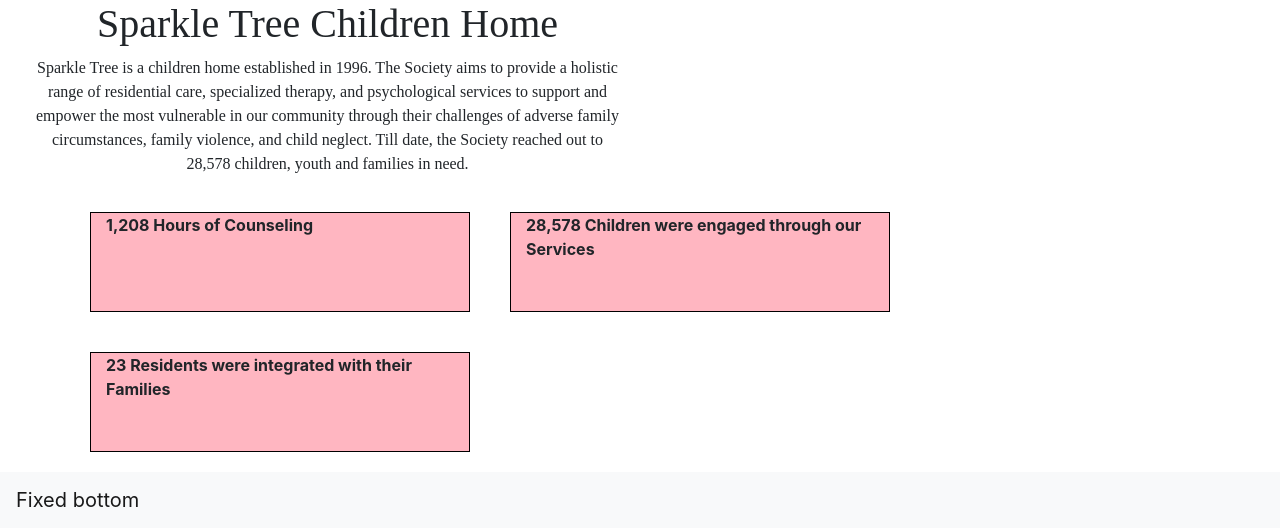
Repository: Code-Institute-Submissions/Jasonngyt-Project1
Page: index.html
The author's editor kept a record of every edit. The page is drawn from the files as they stood at one moment, then again after the next edit.
The browser window is 1280 px wide. The pictures show the part of the page from y = 632 to 1160 px (the page is 1160 px tall before and 1020 px after).
Some web fonts or font styles are not loaded; a fallback is used. Some web libraries are served in a nearby version.

Above is the page before.

### index.html
<!DOCTYPE html>
<html lang="en">
<head>
    <meta charset="UTF-8">
    <meta name="viewport" content="width=device-width, initial-scale=1.0">
    <meta http-equiv="X-UA-Compatible" content="ie=edge">
    <title>Sparkle Tree Children Home</title>

    <!-- Bootsrap CSS -->
    <link rel="stylesheet" href="https://stackpath.bootstrapcdn.com/bootstrap/4.3.1/css/bootstrap.min.css" integrity="sha384-ggOyR0iXCbMQv3Xipma34MD+dH/1fQ784/j6cY/iJTQUOhcWr7x9JvoRxT2MZw1T" crossorigin="anonymous">

    <!-- Font Awesome -->
    <script src="https://kit.fontawesome.com/749eb0769b.js"></script>

    <!--Google Font -->
    <link href="https://fonts.googleapis.com/css?family=PT+Serif+Caption&display=swap" rel="stylesheet">

    <!-- mystyle.css -->
    <link rel="stylesheet" href="CSSstyle/mystyle.css" type="text/css"/>

</head>

<body>

    <!-- Navbar -->
    <nav class="navbar navbar-expand-md navbar-light bg-light sticky-top">
        <div class="container-fluid">
            <a class="navbar-brand" href="index.html">Navbar</a>
            <button class="navbar-toggler" type="button" data-toggle="collapse" data-target="#navbarSupportedContent">
                <span class="navbar-toggler-icon"></span>
            </button>

            <div class="collapse navbar-collapse" id="navbarSupportedContent">
                <ul class="navbar-nav ml-auto">
                    <li class="nav-item active">
                        <a class="nav-link nav text-uppercase" href="index.html"><strong>About</strong><span class="sr-only">(current)</span></a>
                    </li>
                    <li class="nav-item">
                        <a class="nav-link text-uppercase" href="services.html">Our Services</a>
                    </li>
                    <li class="nav-item">
                        <a class="nav-link text-uppercase" href="enquiry.html" tabindex="-1">Join Us</a>
                    </li>
                </ul>
            </div>
        </div>
    </nav>

    <div class="container-fluid">
        <div class="about_bg">
            <div class="about_font text-center">
                <h2>Bring out the superman in them. Sparkle and Glow.</h2>
                </div>
        </div>
    </div>

    <!-- About Us -->

    <div class="container-fluid">
            <div class="col-sm-12 col-md-6">
                <div class="about_font text-center">
                    <h1>Sparkle Tree Children Home</h1>
                    <p>
                        Sparkle Tree is a children home established in 1996. The Society aims to provide a holistic range of residential care, specialized therapy, and psychological services to support and empower the most vulnerable in our community through their challenges of adverse family circumstances, family violence, and child neglect.
                        Till date, the Society reached out to 28,578 children, youth and families in need.
                    </p>
                </div>
            </div>
    </div>

    <div class="container">
        <div class="row">
            <div class="statistic col-sm-12 col-md-4 font-weight-bold">1,208 Hours of Counseling</div>
            <div class="statistic col-sm-12 col-md-4 font-weight-bold">28,578 Children were engaged through our Services</div>
            <div class="statistic col-sm-12 col-md-4 font-weight-bold">23 Residents were integrated with their Families</div>
        </div>
    </div>

    <!-- Our Services -->
    <!-- Hide first
    <div class="container row col-sm-12">
        <div class="card" style="width: 18rem;">
            <img src="..." class="card-img-top" alt="...">
            <div class="card-body">
                <h5 class="card-title">Service 1</h5>
                <p class="card-text">Some quick example text to build on the card title and make up the bulk of the card's content.</p>
                <a href="#" class="btn btn-primary">Go somewhere</a>
            </div>
        </div>

         <div class="card" style="width: 18rem;">
            <img src="..." class="card-img-top" alt="...">
            <div class="card-body">
                <h5 class="card-title">Service 2</h5>
                <p class="card-text">Some quick example text to build on the card title and make up the bulk of the card's content.</p>
                <a href="#" class="btn btn-primary">Go somewhere</a>
            </div>
        </div>

         <div class="card" style="width: 18rem;">
            <img src="..." class="card-img-top" alt="...">
            <div class="card-body">
                <h5 class="card-title">Service 3</h5>
                <p class="card-text">Some quick example text to build on the card title and make up the bulk of the card's content.</p>
                <a href="#" class="btn btn-primary">Go somewhere</a>
            </div>
        </div>
    </div>
    -->
    <nav class="navbar navbar-light bg-light">
      <a class="navbar-brand" href="#!">Fixed bottom</a>
    </nav>

    <!- Bootstrap Javascript -->
    <script src="https://code.jquery.com/jquery-3.3.1.slim.min.js" integrity="sha384-q8i/X+965DzO0rT7abK41JStQIAqVgRVzpbzo5smXKp4YfRvH+8abtTE1Pi6jizo" crossorigin="anonymous"></script>
    <script src="https://cdnjs.cloudflare.com/ajax/libs/popper.js/1.14.7/umd/popper.min.js" integrity="sha384-UO2eT0CpHqdSJQ6hJty5KVphtPhzWj9WO1clHTMGa3JDZwrnQq4sF86dIHNDz0W1" crossorigin="anonymous"></script>
    <script src="https://stackpath.bootstrapcdn.com/bootstrap/4.3.1/js/bootstrap.min.js" integrity="sha384-JjSmVgyd0p3pXB1rRibZUAYoIIy6OrQ6VrjIEaFf/nJGzIxFDsf4x0xIM+B07jRM" crossorigin="anonymous"></script>

</body>
</html>

### CSSstyle/mystyle.css
.nav {
    text-transform: uppercase
}

.about_font {
    font-family: 'PT Serif Caption', serif;
}

.about_bg {
    position: relative;
    background-image: url("superchild.jpg");
    padding: 0%;
    width: 100%;
    height: 80vh;
    background-position: center;
    background-repeat: no-repeat;
    background-size: cover;
}

.statistic {
    height: 100px;
    border: 1px solid black;
    background-color: #FFB6C1;
    margin: 20px;
}

After the next edit:
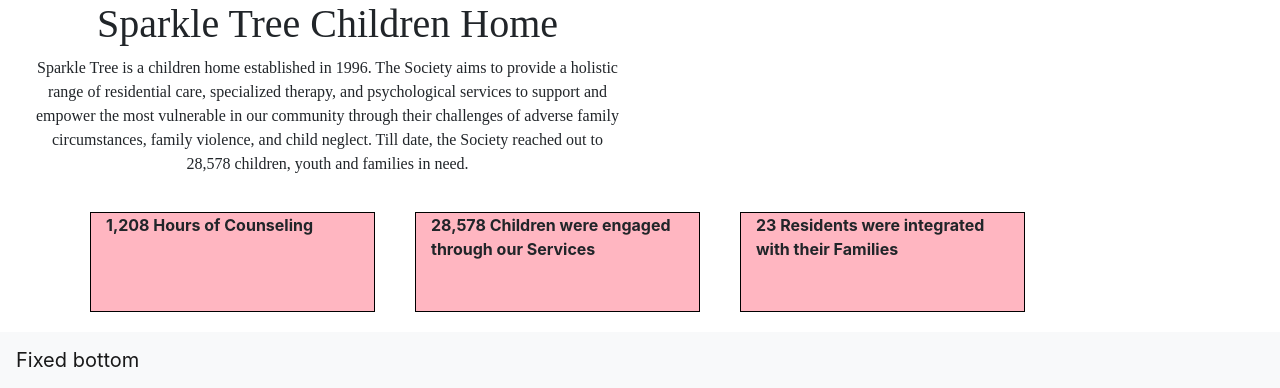
The edit:
--- a/index.html
+++ b/index.html
@@ -70,9 +70,9 @@
 
     <div class="container">
         <div class="row">
-            <div class="statistic col-sm-12 col-md-4 font-weight-bold">1,208 Hours of Counseling</div>
-            <div class="statistic col-sm-12 col-md-4 font-weight-bold">28,578 Children were engaged through our Services</div>
-            <div class="statistic col-sm-12 col-md-4 font-weight-bold">23 Residents were integrated with their Families</div>
+            <div class="statistic col-sm-12 col-md-3 font-weight-bold">1,208 Hours of Counseling</div>
+            <div class="statistic col-sm-12 col-md-3 font-weight-bold">28,578 Children were engaged through our Services</div>
+            <div class="statistic col-sm-12 col-md-3 font-weight-bold">23 Residents were integrated with their Families</div>
         </div>
     </div>
 
